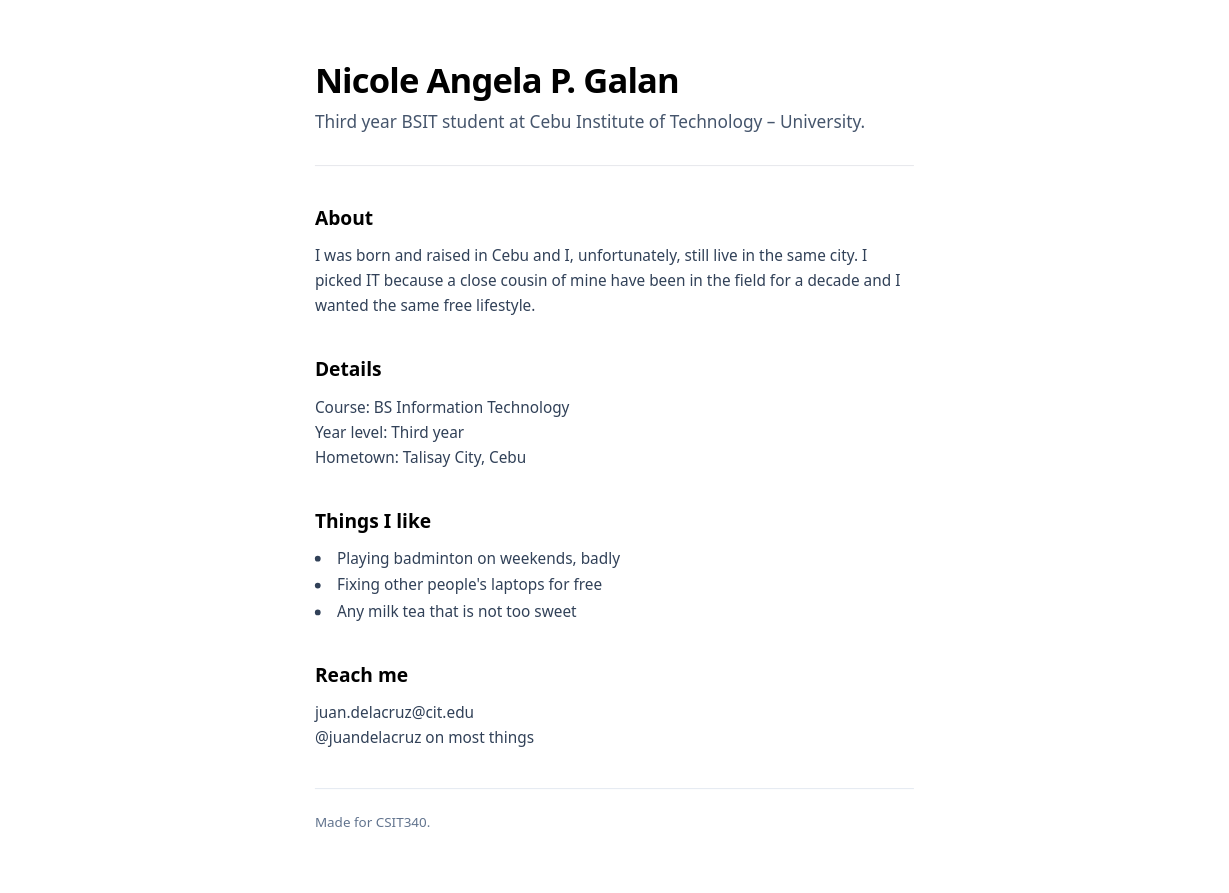
Repository: nicole-galan/CSIT340-Lab1-Galan
Page: /
The author's editor kept a copy of each file at every save. The page is drawn from the files as they stood at one save, then again after the next save.
The browser window is 1280 px wide. The pictures show the whole page, at 96% of full size.
The project was rebuilt for these pictures with package versions that can differ from the ones it lists, and the page was loaded fresh each time. Also part of the build but not shown: vite.config.js.

Above is the page before, as saved 2026-09-04 16:41:50.

### index.html
<!doctype html>
<html lang="en">
  <head>
    <meta charset="UTF-8" />
    <link rel="icon" type="image/svg+xml" href="/favicon.svg" />
    <meta name="viewport" content="width=device-width, initial-scale=1.0" />
    <title>csit340-lab1</title>
  </head>
  <body>
    <div id="root"></div>
    <script type="module" src="/src/main.jsx"></script>
  </body>
</html>

### src/App.jsx
function App() {
  return (
    <>
      <header className="mx-auto px-6 pt-16 max-w-2xl">
        <h1 className="text-4xl font-semibold tracking-tight mb-2">Nicole Angela P. Galan</h1>
        <p className="text-lg text-slate-600">
          Third year BSIT student at Cebu Institute of Technology – University.
        </p>
        <hr className="mt-8 border-gray-200" />
      </header>

      <main className="max-w-2xl mx-auto px-6 py-10">
        <section className="mb-10">
          <h2 className="text-xl font-semibold mb-3">About</h2>
          <p className="leading-relaxed text-slate-700">
            I was born and raised in Cebu and I, unfortunately, still live in the same city. I picked IT because a close cousin of mine have been in the field for a decade
            and I wanted the same free lifestyle.
          </p>
        </section>

        <section className="mb-10">
          <h2 className="text-xl font-semibold mb-3">Details</h2>
          <p className="leading-relaxed text-slate-700">
            Course: BS Information Technology
            <br />
            Year level: Third year
            <br />
            Hometown: Talisay City, Cebu
          </p>
        </section>

        <section className="mb-10">
          <h2 className="text-xl font-semibold mb-3">Things I like</h2>
          <ul className="list-disc list-inside space-y-1 text-slate-700">
            <li>Playing badminton on weekends, badly</li>
            <li>Fixing other people's laptops for free</li>
            <li>Any milk tea that is not too sweet</li>
          </ul>
        </section>

        <section>
          <h2 className="text-xl font-semibold mb-3">Reach me</h2>
          <p className="leading-relaxed text-slate-700">
            juan.delacruz@cit.edu
            <br />
            @juandelacruz on most things
          </p>
        </section>
      </main>

      <section className="max-w-2xl mx-auto px-6 pb-16">
        <hr className="mb-6 border-slate-200" />
        <p className="text-sm text-slate-500">Made for CSIT340.</p>
      </section>
    </>
  )
}

export default App

Loaded but not shown: src/main.jsx (common file); src/index.css (common file)

After the next save:
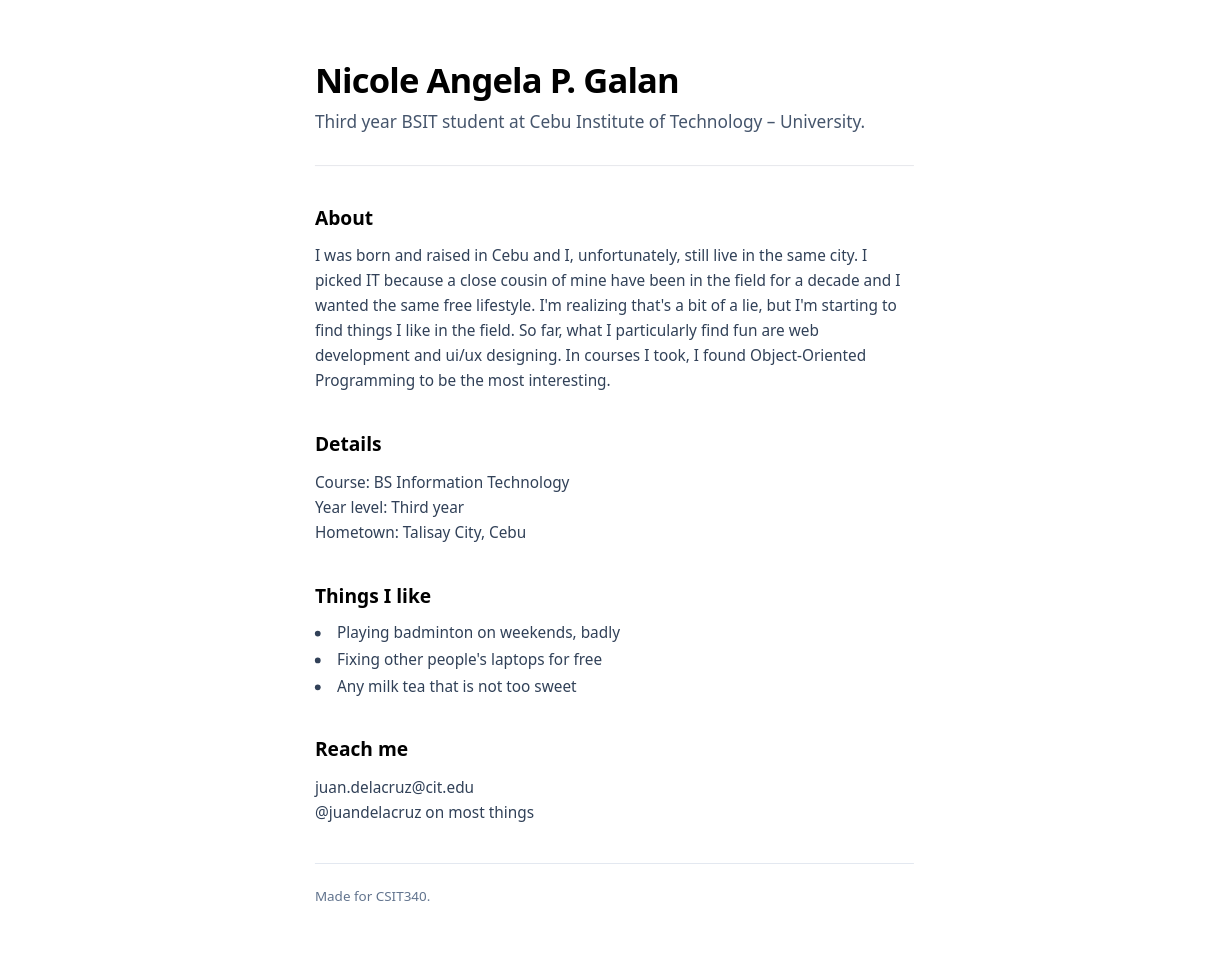
Saved 4 min 54 s later.
--- a/src/App.jsx
+++ b/src/App.jsx
@@ -13,8 +13,11 @@ function App() {
         <section className="mb-10">
           <h2 className="text-xl font-semibold mb-3">About</h2>
           <p className="leading-relaxed text-slate-700">
-            I was born and raised in Cebu and I, unfortunately, still live in the same city. I picked IT because a close cousin of mine have been in the field for a decade
-            and I wanted the same free lifestyle.
+            I was born and raised in Cebu and I, unfortunately, still live in the same city.
+            I picked IT because a close cousin of mine have been in the field for a decade
+            and I wanted the same free lifestyle. I'm realizing that's a bit of a lie,
+            but I'm starting to find things I like in the field. So far, what I particularly find fun
+            are web development and ui/ux designing. In courses I took, I found Object-Oriented Programming to be the most interesting.
           </p>
         </section>
 
